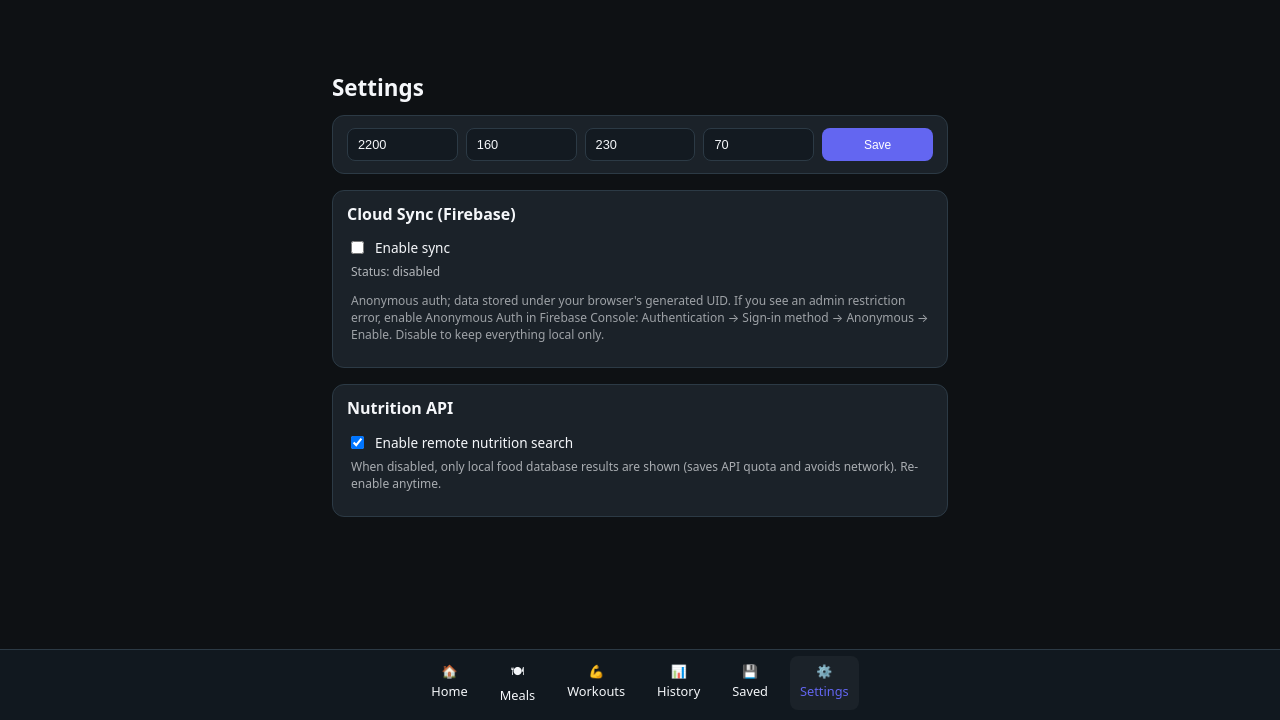
Repository: Ethxmnhz/minpline
Page: /settings
The author's editor kept a copy of each file at every save. The page is drawn from the files as they stood at one save, then again after the next save.
The browser window is 1280 px wide. The pictures show the whole page.
The project was rebuilt for these pictures with package versions that can differ from the ones it lists, and the page was loaded fresh each time. Also part of the build but not shown: vite.config.ts, src/ui/ProgressBar.tsx, src/data/foods-indian.ts, src/services/nutritionApi.ts, src/ui/QuickFoodAdd.tsx, src/pages/Dashboard.tsx, src/pages/Meals.tsx, src/pages/Workouts.tsx and 2 more.

Above is the page before, as saved 2025-09-14 23:11:13.

After the next save:
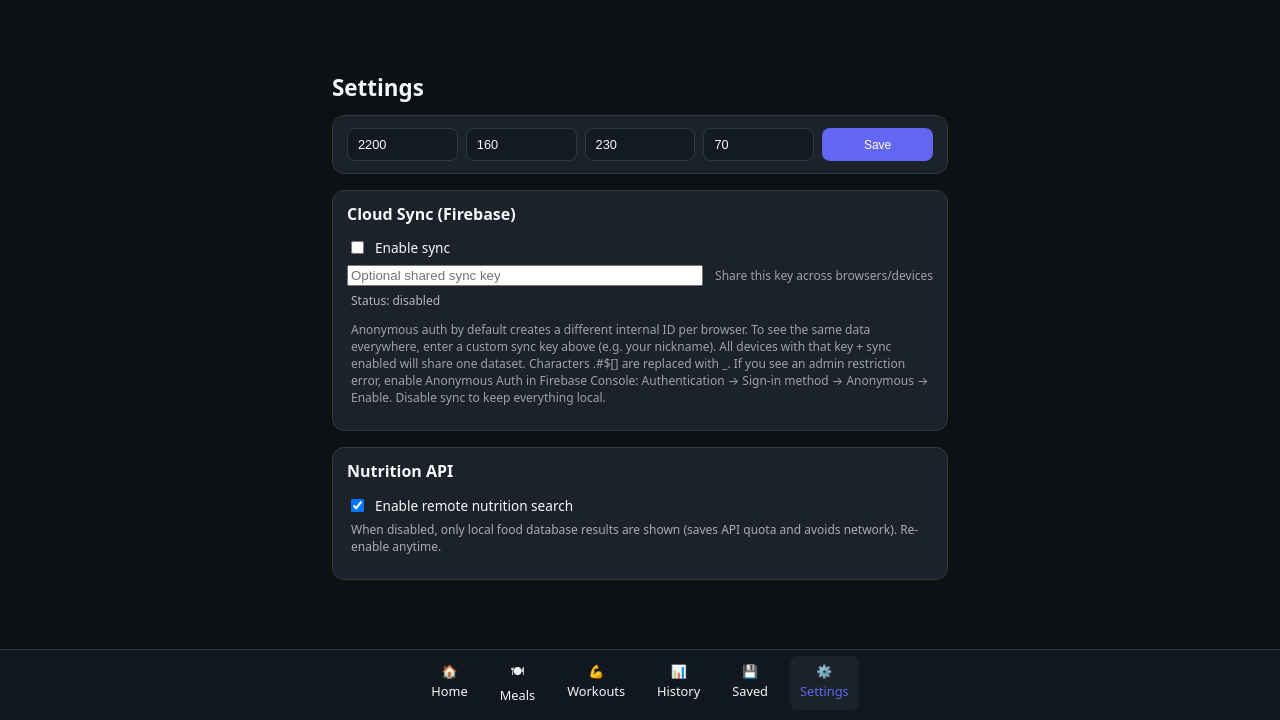
Saved 10 s later.
--- a/src/pages/Settings.tsx
+++ b/src/pages/Settings.tsx
@@ -12,6 +12,8 @@ export const Settings: React.FC = () => {
   const cloudError = useStore(s => s.cloudError);
   const nutritionApiEnabled = useStore(s => s.nutritionApiEnabled);
   const setNutritionApiEnabled = useStore(s => s.setNutritionApiEnabled);
+  const syncKey = useStore(s => s.syncKey);
+  const setSyncKey = useStore(s => s.setSyncKey);
 
   const save = () => {
     setGoals(draft);
@@ -32,11 +34,22 @@ export const Settings: React.FC = () => {
         <label style={{display:'flex', alignItems:'center', gap:8, fontSize:'.85rem'}}>
           <input type="checkbox" checked={cloudEnabled} onChange={e=>enableCloud(e.target.checked)} /> Enable sync
         </label>
+        <div className="row" style={{marginTop:8, gap:8, alignItems:'center'}}>
+          <input style={{flex:1}} placeholder="Optional shared sync key" value={syncKey||''} onChange={e=>{
+            const raw = e.target.value;
+            const sanitized = raw.replace(/[.#$\[\]]/g,'_').slice(0,40);
+            setSyncKey(sanitized || null);
+          }} />
+          <span className="small" style={{opacity:.6}}>Share this key across browsers/devices</span>
+        </div>
         <div className="small" style={{marginTop:6, opacity:.7}}>
           Status: {cloudStatus}{lastSync && cloudStatus!=='syncing' ? ` • Last ${new Date(lastSync).toLocaleTimeString()}` : ''}
         </div>
         {cloudError && <div className="small" style={{color:'#f87171', marginTop:6}}>{cloudError}</div>}
-        <p className="small" style={{opacity:.6}}>Anonymous auth; data stored under your browser's generated UID. If you see an admin restriction error, enable Anonymous Auth in Firebase Console: Authentication → Sign-in method → Anonymous → Enable. Disable to keep everything local only.</p>
+        <p className="small" style={{opacity:.6}}>
+          Anonymous auth by default creates a different internal ID per browser. To see the same data everywhere, enter a custom sync key above (e.g. your nickname). All devices with that key + sync enabled will share one dataset. Characters .#$[] are replaced with _.
+          If you see an admin restriction error, enable Anonymous Auth in Firebase Console: Authentication → Sign-in method → Anonymous → Enable. Disable sync to keep everything local.
+        </p>
       </div>
       <div className="card" style={{marginTop:16}}>
         <h2 style={{marginTop:0, fontSize:'1rem'}}>Nutrition API</h2>
